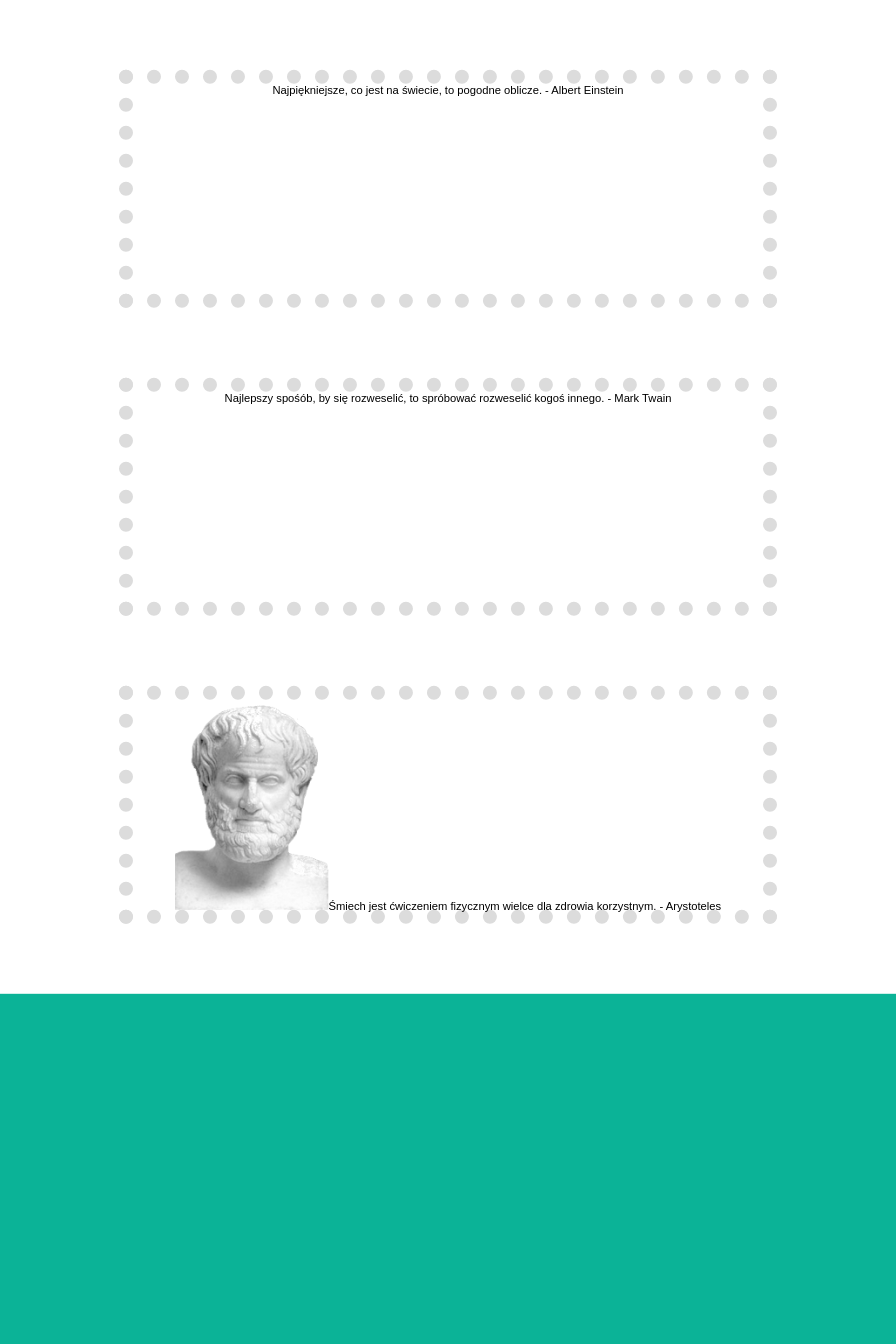
Repository: addstaw/moja-strona
Page: index.html
The author's editor kept a copy of each file at every save. The page is drawn from the files as they stood at one save, then again after the next save.
The browser window is 1280 px wide. The pictures show the part of the page from y = 1234 to 3154 px (the page is 3154 px tall), at 70% of full size.
Some web fonts or font styles are not loaded; a fallback is used.

Above is the page before, as saved 2020-05-11 19:08:41.

After the next save:
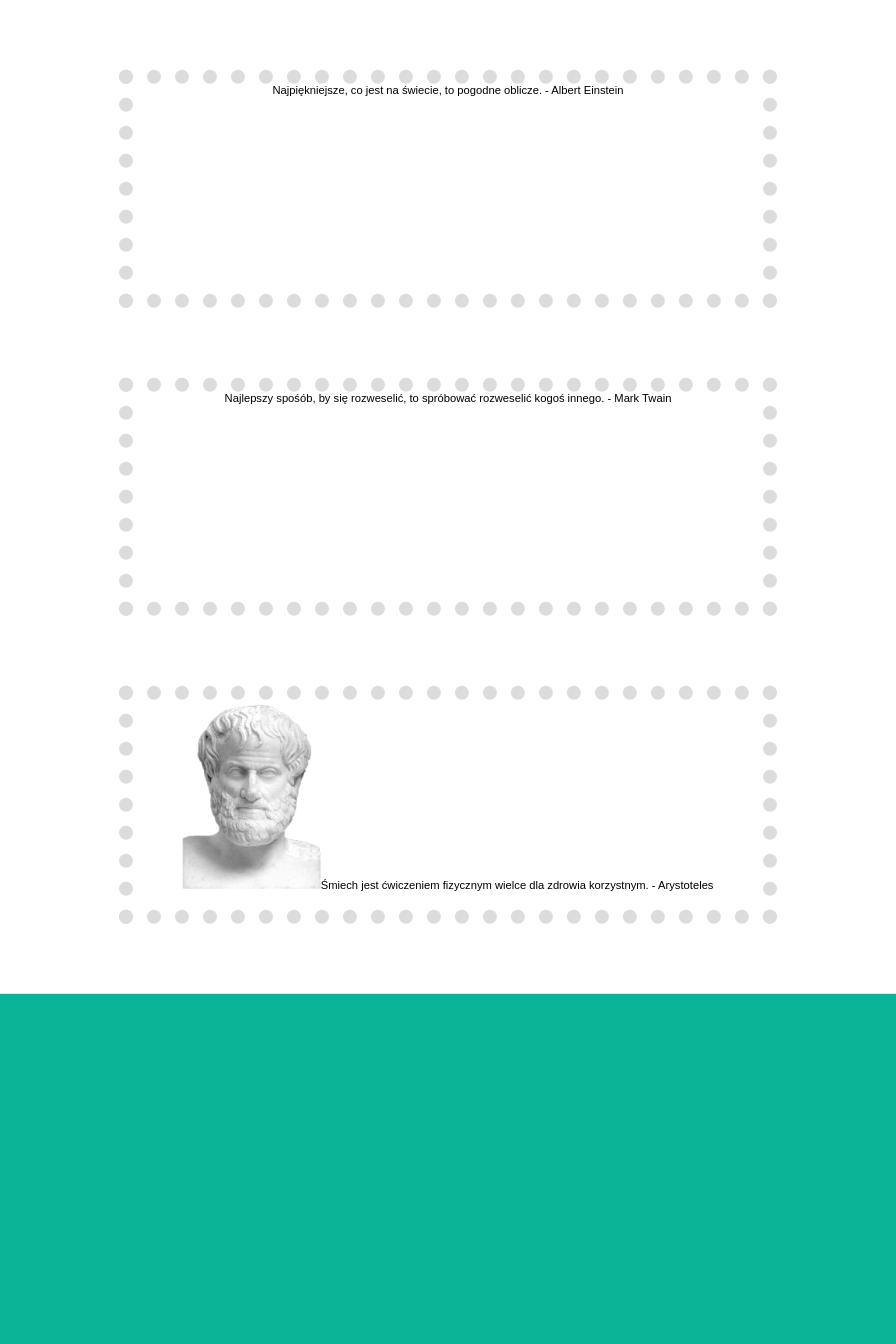
Saved 19 s later.
--- a/index.html
+++ b/index.html
@@ -62,7 +62,7 @@
                     <div class="quote">Najlepszy spośób, by się rozweselić, to spróbować rozweselić kogoś innego. - Mark Twain</div>
                 </section>
                 <section>
-                    <div class="quote"><img src="png/arystoteles.png" height="100%"/>Śmiech jest ćwiczeniem fizycznym wielce dla zdrowia korzystnym. - Arystoteles</div>
+                    <div class="quote"><img src="png/arystoteles.png" height="90%"/>Śmiech jest ćwiczeniem fizycznym wielce dla zdrowia korzystnym. - Arystoteles</div>
                 </section>
             </article>
         </div>
